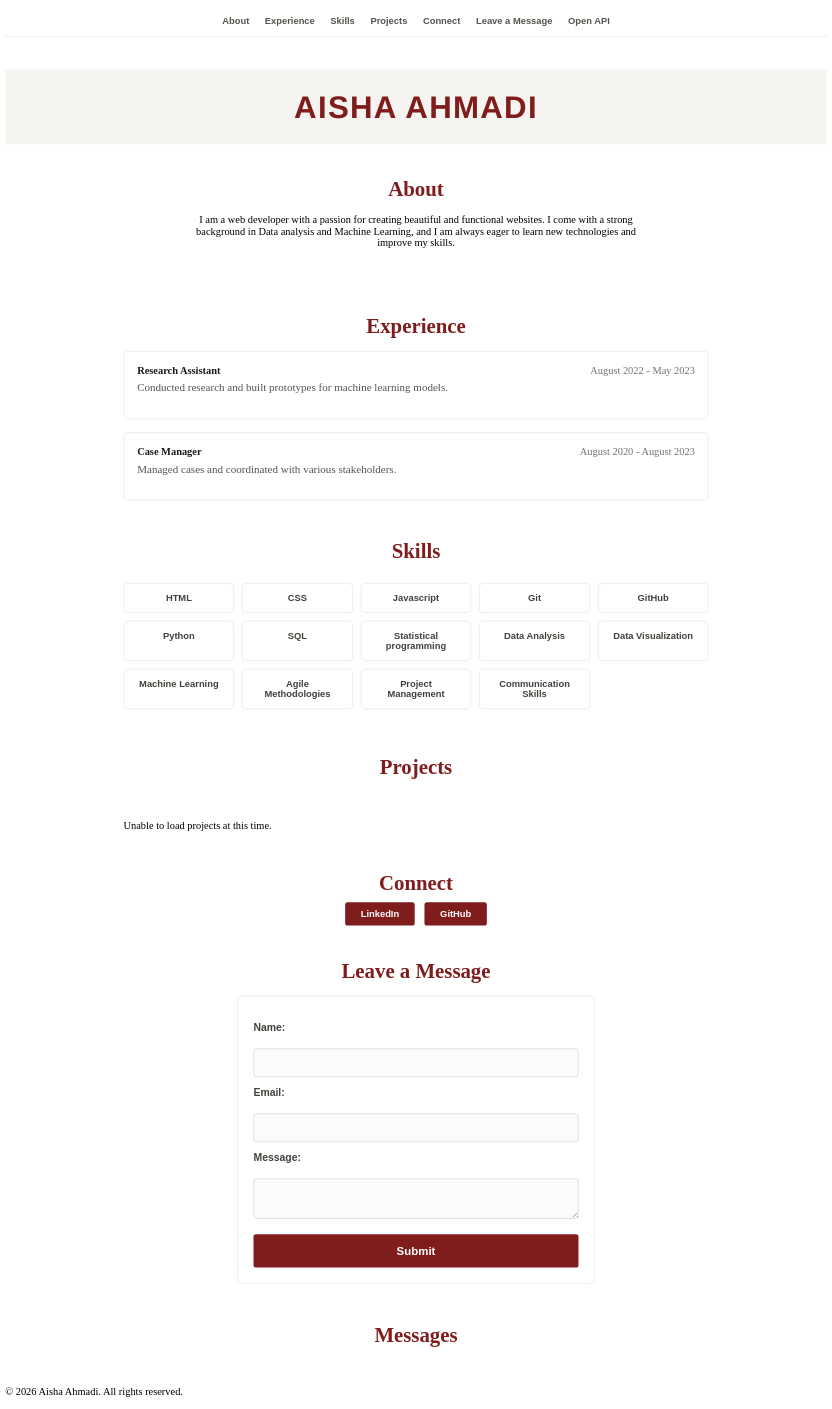
Repository: aisha-ahmadi/aisha-ahmadi-intro-26-3
Page: index.html
The author's editor kept a copy of each file at every save. The page is drawn from the files as they stood at one save, then again after the next save.
The browser window is 1280 px wide. The pictures show the whole page, at 65% of full size.
The page's requests for data from a server got no answer. Some web fonts or font styles are not loaded; a fallback is used.

Above is the page before, as saved 2026-09-13 22:57:34.

After the next save:
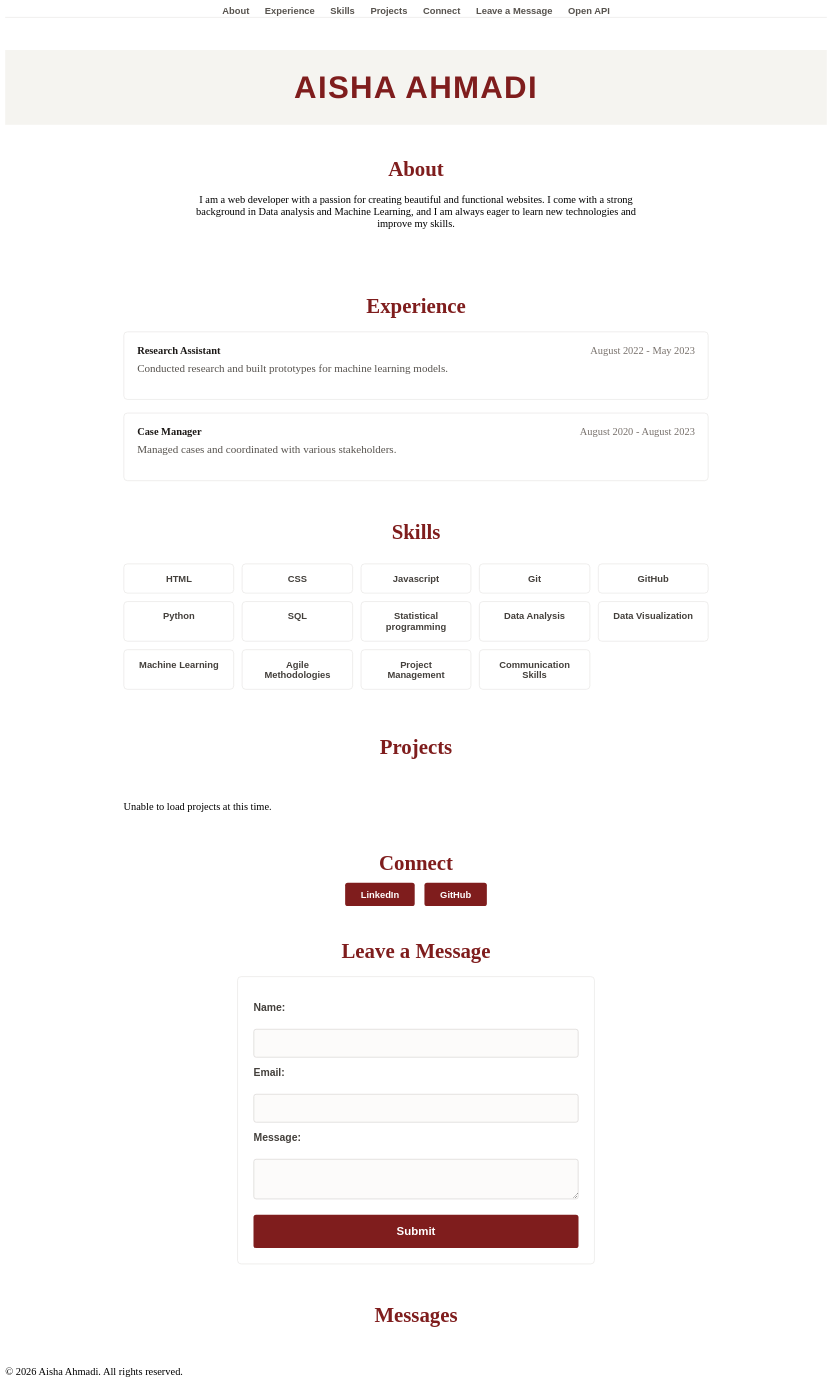
Saved 3 min 35 s later.
--- a/CSS/index.css
+++ b/CSS/index.css
@@ -1,6 +1,6 @@
 cssbody {
-  background-color: #fbfaf8; /* Professional warm white neutral background */
-  color: #2d2a29;           /* Rich, readable dark charcoal instead of harsh black */
+  background-color: #fbfaf8;
+  color: #2d2a29;
   font-family: "Playfair Display", serif;
   font-weight: 300;
   font-size: 1.2em;
@@ -9,11 +9,11 @@ cssbody {
 nav {
   position: sticky;
   top: 0;
-  background-color: #ffffff; /* Clean white for navbar distinction */
+  background-color: #ffffff; /
   padding: 15px;
   text-align: center;
   z-index: 1000;
-  border-bottom: 1px solid #e7e5e4; /* Subtle bottom border separator */
+  border-bottom: 1px solid #e7e5e4;
 }
 
 nav ul {
@@ -25,29 +25,29 @@ nav ul {
   gap: 24px;
 }
 
-/* Styled your nav links to inherit the cohesive color theme */
+
 nav a {
   text-decoration: none;
-  color: #57534e; /* Soft neutral taupe */
+  color: #57534e;
   font-weight: 600;
   font-size: 0.9em;
-  font-family: sans-serif; /* Clean sans-serif font for utility elements */
+  font-family: sans-serif;
   transition: color 0.2s ease;
 }
 
 nav a:hover {
-  color: #7f1d1d; /* Elegant Maroon accent color on link hover */
+  color: #7f1d1d;
 }
 
 h1 {
-  background-color: #f5f4f0; /* Soft sand gray box accent for the banner */
+  background-color: #f5f4f0;
   font-size: 3em;
   font-weight: 700;
   text-align: center;
   margin-top: 50px;
   padding: 30px 20px;
   font-family: "Helvetica Neue", Arial, sans-serif;
-  color: #7f1d1d; /* Deep professional Maroon accent */
+  color: #7f1d1d;
   text-transform: uppercase;
   letter-spacing: 2px;
 }
@@ -56,12 +56,12 @@ h2 {
   font-size: 2em;
   margin-bottom: 20px;
   font-weight: 600;
-  color: #7f1d1d; /* Unified section titles to match your Maroon theme */
+  color: #7f1d1d;
 }
 
 section {
   scroll-margin-top: 70px;
-  max-width: 900px; /* Constrains section width for a clean look */
+  max-width: 900px;
   margin: 60px auto;
   padding: 0 20px;
 }
@@ -87,8 +87,8 @@ section {
   flex-wrap: wrap;
   justify-content: space-between;
   margin-bottom: 20px;
-  background-color: #ffffff; /* Clean white card surfaces */
-  border: 1px solid #e7e5e4; /* Soft neutral border */
+  background-color: #ffffff;
+  border: 1px solid #e7e5e4;
   border-radius: 6px;
   padding: 20px;
   font-weight: 800;
@@ -99,7 +99,7 @@ section {
   margin-top: 8px;
   text-align: left;
   font-size: 17px;
-  color: #57534e; /* Readable grey-brown text description */
+  color: #57534e;
 }
 
 #Experience li span:first-of-type {
@@ -118,14 +118,14 @@ section {
 
 #Connect ul {
   display: flex;
-  justify-content: center; /* Centered your connect options */
+  justify-content: center;
   list-style-type: none;
   padding: 0;
   gap: 15px;
 }
 
 #Connect .connectLinks a {
-  background-color: #7f1d1d; /* Maroon links to serve as intentional focus buttons */
+  background-color: #7f1d1d;
   color: white;
   border-radius: 4px;
   text-decoration: none;
@@ -137,7 +137,7 @@ section {
 }
 
 #Connect .connectLinks a:hover {
-  background-color: #991b1b; /* Brighter welcoming maroon on hover */
+  background-color: #991b1b;
 }
 
 #Skills ul {
@@ -164,7 +164,7 @@ form[name="leave_message"] {
   max-width: 500px;
   margin: 20px auto;
   padding: 24px;
-  background-color: #ffffff; /* Floats form cleanly off background */
+  background-color: #ffffff;
   border: 1px solid #e7e5e4;
   border-radius: 6px;
   font-family: sans-serif;
@@ -194,7 +194,7 @@ form[name="leave_message"] textarea {
   background-color: #fcfbfa;
 }
 
-/* Focused style so form input highlights match Maroon theme */
+
 form[name="leave_message"] input:focus,
 form[name="leave_message"] textarea:focus {
   outline: none;
@@ -206,7 +206,7 @@ form[name="leave_message"] button {
   padding: 15px;
   font-size: 1.1rem;
   font-weight: bold;
-  background-color: #7f1d1d; /* Maroon form CTA button */
+  background-color: #7f1d1d;
   color: white;
   border: none;
   border-radius: 4px;
@@ -235,7 +235,7 @@ form[name="leave_message"] button:hover {
 }
 
 #Projects li {
-  background-color: #ffffff; /* Structured white surfaces */
+  background-color: #ffffff;
   color: #1c1917;
   padding: 1.5rem;
   border: 1px solid #e7e5e4;
@@ -248,8 +248,7 @@ form[name="leave_message"] button:hover {
 
 #Projects li:hover {
   transform: translateY(-4px);
-  box-shadow: 0 10px 20px rgba(127, 29, 29, 0.06); /* Extremely subtle maroon tinted shadow drop */
-  border-color: #7f1d1d; /* Highlight border on card hover */
+  box-shadow: 0 10px 20px rgba(127, 29, 29, 0.06);
   background-color: #ffffff;
   cursor: pointer;
 }
